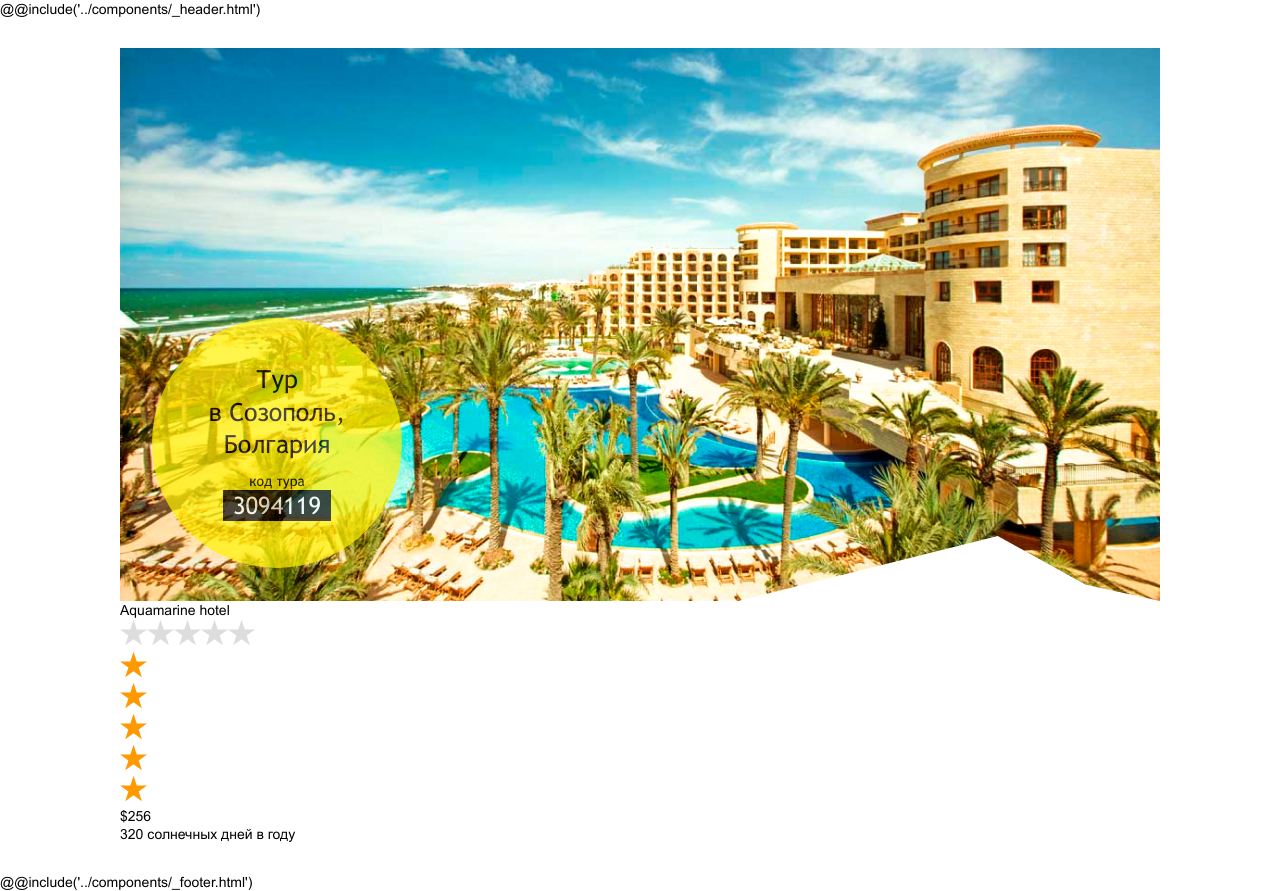
Repository: chekhunov/suntour
Page: app/html/pages/index.html
These files come from the project's save history. The page is drawn as it stood at one moment and after the next save; the edit follows.
The browser window is 1280 px wide. The pictures show the whole page.
Some web fonts or font styles are not loaded; a fallback is used. The style sheet was rebuilt from its Sass, Less or Tailwind sources for each picture, by a compiler version that may differ from the author's.

Above is the page before, as saved 2021-03-04 13:38:48.

### app/html/pages/index.html
<!DOCTYPE html>
<html lang="en">

<head>
  <meta charset="UTF-8">
  <meta name="viewport" content="width=device-width, initial-scale=1.0">
  <title>SunTour</title>
  <link rel="stylesheet" href="css/style.min.css?v=0.1">
</head>

<body>

  @@include('../components/_header.html')

  <main class="main">

    <section class="content">

      <div class="container">

        <article class="card-hotel" href="#">

          <div class="card-hotel__image" style="background-image: url('images/content/card-hotelbg.jpg');">

            <div class="card-hotel__box">

              <div class="card-hotel__tour">

                <div class="card-hotel__title-tour">

                  <span class="card-hotel__text">
                    Тур
                  </span>

                  <span class="card-hotel__text">
                    в Созополь, Болгария
                  </span>

                </div>


                <div class="card-hotel__code-tour">

                  код тура

                  <span class="card-hotel__code">

                    3094119

                  </span>

                </div>

              </div>

            </div>

          </div>

          <div class="card-hotel__content">

            <div class="card-hotel__item">

              <span class="card-hotel__title">

                Aquamarine hotel

              </span>

              <div class="star"></div>

              <span class="price">

                $256

              </span>

            </div>

            <div class="card-hotel__item">



            </div>

            <div class="card-hotel__sunday">

              <span class="card-hotel__day">

                320

              </span>

              солнечных дней в году

            </div>

          </div>


        </article>

      </div>

    </section>

  </main>

  @@include('../components/_footer.html')

  <script src="js/main.min.js"></script>

</body>

</html>

### app/scss/style.scss
@import 'vars';  //переменные для цвета для шрифта
@import 'fonts'; // подключение шрифтов
@import 'reset'; //сброс всех стилей
@import 'global'; // подключение глобальных стилей типо reset.css, то что на body для сылок
// @import 'media'; // адаптив
@import "mixins";

@import "components/header";
@import "components/card-hotel";
@import "home/home";

### app/scss/_vars.scss

%arial-400 {
  font-family: "Arial-Regular", sans-serif;
  font-weight: 400;
}

%arial-700 {
  font-family: "Arial-bold", sans-serif;
  font-weight: 700;
}

%trebuchetMS-700 {
  font-family: "TrebuchetMS-bold", sans-serif;
  font-weight: 700;
}

### app/scss/_fonts.scss
@font-face {
  font-family: "Arial-regular";
  font-weight: 400;
  font-style: normal;
  src: url("../fonts/Arial.woff2") format("woff2"),
    url("../fonts/Arial.woff") format("woff");
  font-display: swap; //самое оптимальное для пользователя при прогрузке шрифтов
}

@font-face {
  font-family: "Arial-bold";
  font-weight: 700;
  font-style: normal;
  src: url("../fonts/Arial.woff2") format("woff2"),
    url("../fonts/Arial.woff") format("woff");
  font-display: swap; //самое оптимальное для пользователя при прогрузке шрифтов
}

@font-face {
  font-family: "TrebuchetMS-bold";
  font-weight: 700;
  font-style: normal;
  src: url("../fonts/TrebuchetMS.woff2") format("woff2"),
    url("../fonts/TrebuchetMS.woff") format("woff");
  font-display: swap; //самое оптимальное для пользователя при прогрузке шрифтов
}

### app/scss/_reset.scss
/* Указываем box sizing */
/* плавный скроллинг по сайту */
/* scroll-behavior: smooth;  */
html {
  box-sizing: border-box;
}

*,
*::after,
*::before {
  box-sizing: inherit;
}

// только у них будет padding 0 если класса у них нет тогда padding будет не 0
ul,
ol {
  padding: 0;
}

/* Убираем внешние отступы */
body,
h1,
h2,
h3,
h4,
p,
ul[class],
ol[class],
li,
figure,
figcaption,
blockquote{
  margin: 0;
}

/* Выставляем основные настройки по-умолчанию для body */
body {
  min-height: 100vh;
  scroll-behavior: smooth;
  text-rendering: optimizeSpeed;
  line-height: 1.3;
}

/* Удаляем стандартную стилизацию для всех ul и il, у которых есть атрибут class*/
ul,
ol{
  list-style: none;
}

a {
  text-decoration: none;
}

/* Элементы a, у которых нет класса, сбрасываем до дефолтных стилей */
a:not([class]) {
  text-decoration-skip-ink: auto;
}

/* Упрощаем работу с изображениями */
img {
  max-width: 100%;
  display: block;
}

/* Указываем понятную периодичность в потоке данных у article*/
// article > * + * {
//   margin-top: 1em;
// }

/* Наследуем шрифты для инпутов и кнопок */
input,
button,
textarea,
select {
  font: inherit;
}

/* Удаляем все анимации и переходы для людей, которые предпочитай их не использовать */
@media (prefers-reduced-motion: reduce) {
  * {
    animation-duration: 0.01ms !important;
    animation-iteration-count: 1 !important;
    transition-duration: 0.01ms !important;
    scroll-behavior: auto !important;
  }
}

address {
  font-style: normal;
}

### app/scss/_global.scss
@import "mixins";

html,
body {
  height: 100%;
}

body {
  display: flex;
  flex-direction: column;
  font-size: 14px;
  color: black;
  background-color: white;
  @extend %arial-400;
}

// main {
//   @include _1200 {
//     position: relative;
//     transition: 0.5s;
//     z-index: 0;

//     &.main--active {
//       transform: translateX(-20%);
//     }
//   }

//   @include _560 {
//     top: 0;
//     &.main--active {
//       transform: translateX(-30%);
//     }
//   }
// }

.container {
  max-width: 1070px;
  margin: 0 auto;
  padding: 0 15px;
}

.main {
  flex-grow: 1;
}

a,
button {
  outline: transparent;
  cursor: pointer;
}

.uppercase {
  text-transform: uppercase;
}

.logo {
  &__img {
    max-width: 179px;
    max-height: 44px;
    object-fit: cover;
  }
}

### app/scss/_mixins.scss

@mixin _1500 {
  @media (max-width: 1500px) {
    @content;
  }
}

@mixin _1200 {
  @media (max-width: 1200px) {
    @content;
  }
}


@mixin _1024 {
  @media (max-width: 1024px) {
    @content;
  }
}

@mixin _860 {
  @media (max-width: 860px) {
    @content;
  }
}

@mixin _768 {
  @media (max-width: 768px) {
    @content;
  }
}


@mixin _560 {
  @media (max-width: 560px) {
    @content;
  }
}

@mixin _425 {
  @media (max-width: 425px) {
    @content;
  }
}

### app/scss/components/_header.scss
.header {
  width: 100%;
  height: 104px;
  padding: 30px 0;
  background-color: #00BFF3;
}

### app/scss/components/_card-hotel.scss
.card-hotel {
  &__image {
    max-width: 1040px;
    min-height: 553px;
    display: flex;
    justify-content: left;
    align-items: flex-end;
    background-repeat: no-repeat;
    background-position: top center;
    background-size: cover;
    object-fit: cover;
  }

  &__box {
    width: 250px;
    height: 250px;
    margin-left: 32px;
    margin-bottom: 33px;
    padding: 45px 0;
    display: flex;
    justify-content: center;
    align-items: center;
    background-color: #FFF200;
    opacity: 0.7;
    border-radius: 150px;
  }

  &__tour {
    width: 169px;
    height: 158px;
    font-size: 25px;
    text-align: center;
    @extend %trebuchetMS-700;
  }

  &__title-tour {
    display: flex;
    flex-direction: column;
      padding-bottom: 10px;
  }

  &__code-tour {
    display: flex;
    flex-direction: column;
    align-items: center;
    font-size: 14px;
  }

  &__code {
    width: 108px;
    height: 31px;
    font-size: 24px;
    background-color: black;
    color: white;
  }
}

### app/scss/home/_home.scss
@import "home/content";

### app/scss/home/_content.scss

.content {
  padding: 30px 0;
}

Loaded but not shown: app/js/main.min.js (library)

After the next save:
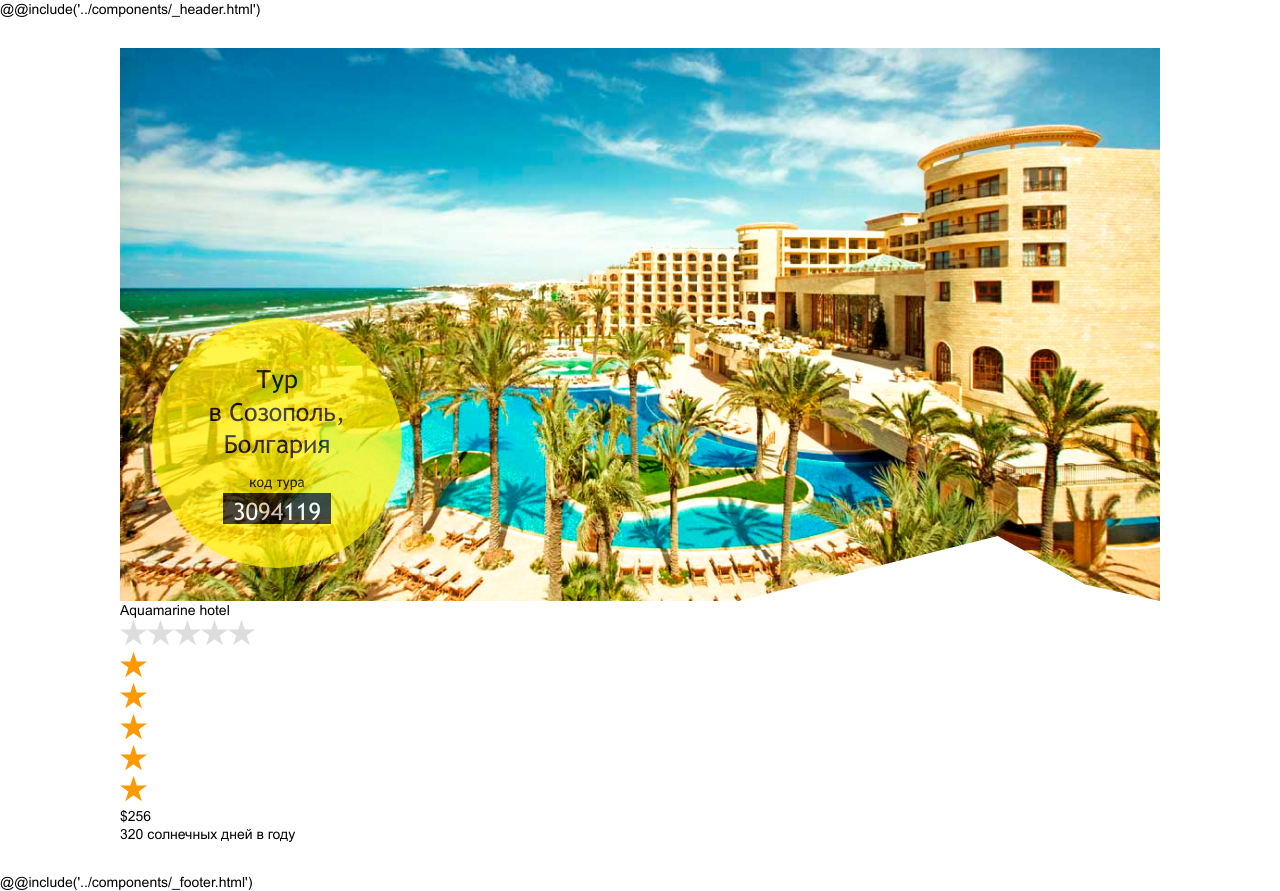
Saved 89 s later.
--- a/app/scss/components/_card-hotel.scss
+++ b/app/scss/components/_card-hotel.scss
@@ -43,6 +43,7 @@
     display: flex;
     flex-direction: column;
     align-items: center;
+    line-height: 1.5;
     font-size: 14px;
   }
 
